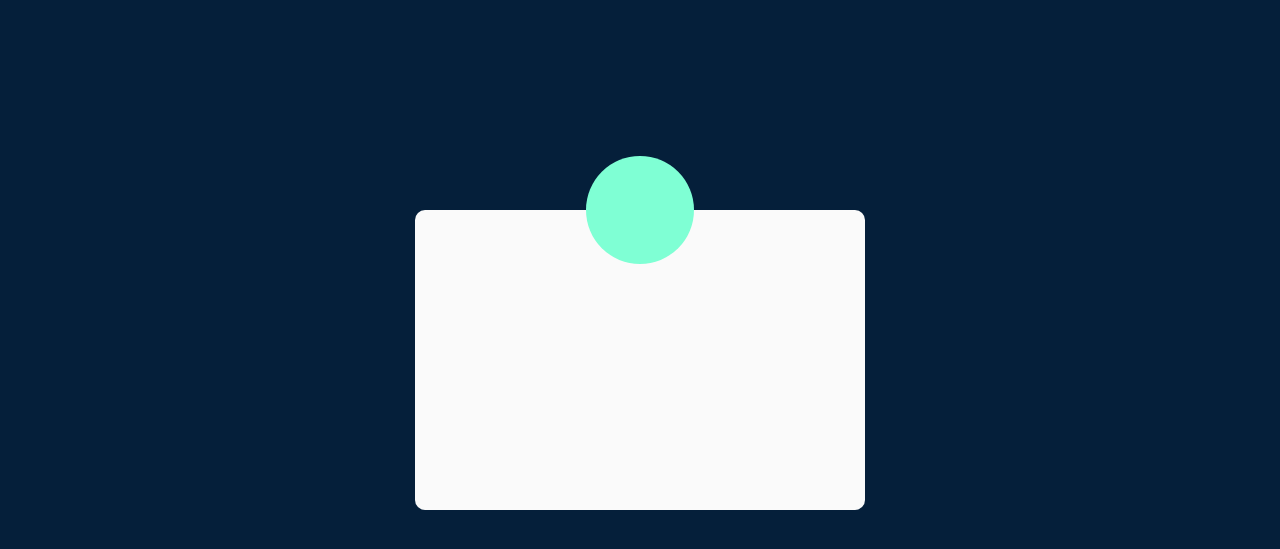
Repository: YTY11/vue_shop
Page: /login
The author's editor kept a copy of each file at every save. The page is drawn from the files as they stood at one save, then again after the next save.
The browser window is 1280 px wide. The pictures show the whole page.
The project was rebuilt for these pictures with package versions that can differ from the ones it lists, and the page was loaded fresh each time. Also part of the build but not shown: vue.config.js.

Above is the page before, as saved 2021-09-28 15:47:50.

After the next save:
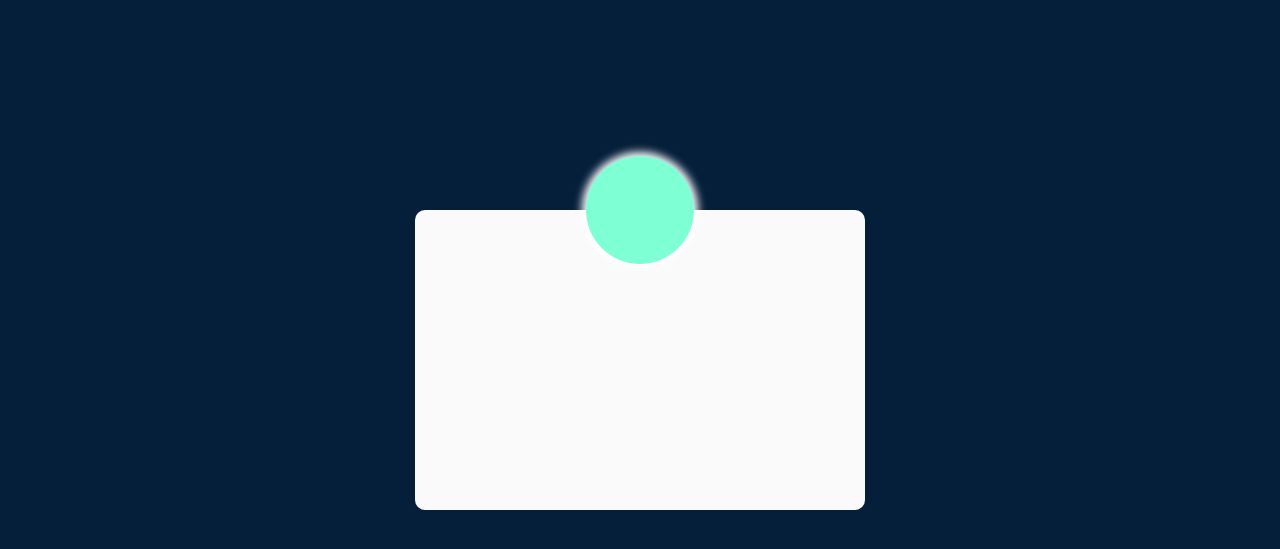
Saved 69 s later.
--- a/src/style/login/login.scss
+++ b/src/style/login/login.scss
@@ -18,6 +18,7 @@
       position:absolute;
       left: 50%;
       transform: translate(-50%,-50%);
+      box-shadow: 0 0 9px 4px #ffffff;
       background-color: aquamarine;
     }
   }
